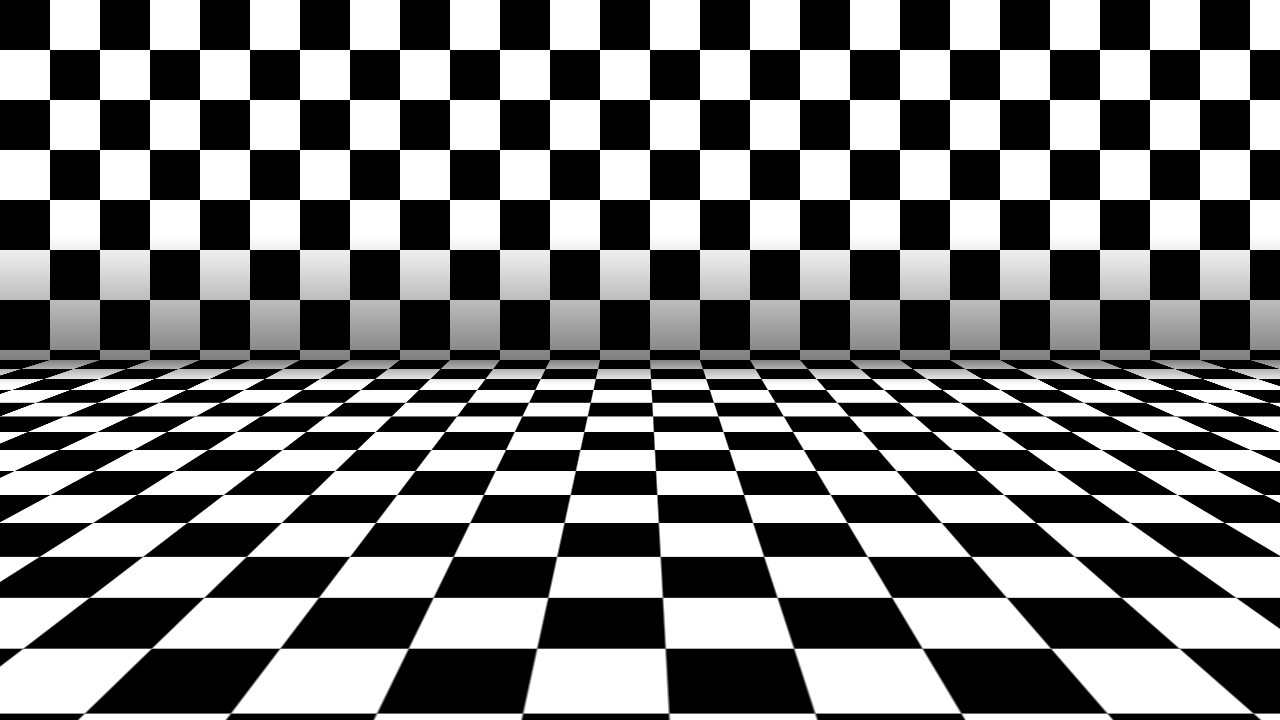
Repository: atwesson/portfoilo
Page: index.html
These files come from the project's save history. The page is drawn as it stood at one moment and after a run of saves; the edit follows.
The browser window is 1280 px wide. The pictures show the whole page.

Above is the page before, as saved 2021-11-17 10:24:25.

### index.html
<!DOCTYPE html>
<html lang="en">

<head>
    <meta charset="UTF-8">
    <meta http-equiv="X-UA-Compatible" content="IE=edge">
    <meta name="viewport" content="width=device-width, initial-scale=1.0">
    <link href="https://cdn.jsdelivr.net/npm/bootstrap@5.1.3/dist/css/bootstrap.min.css" rel="stylesheet"
        integrity="sha384-1BmE4kWBq78iYhFldvKuhfTAU6auU8tT94WrHftjDbrCEXSU1oBoqyl2QvZ6jIW3" crossorigin="anonymous">
    <link rel="stylesheet" type="text/css" href="style.css">
    <title>portfoilo
    </title>
</head>

<body>
    <section>
        <div class="pattern">
            <div class="face face1">
            </div>
            <div class="face face2"></div>
        </div>
    </section>



    <script src="https://cdn.jsdelivr.net/npm/bootstrap@5.1.3/dist/js/bootstrap.bundle.min.js"
        integrity="sha384-ka7Sk0Gln4gmtz2MlQnikT1wXgYsOg+OMhuP+IlRH9sENBO0LRn5q+8nbTov4+1p"
        crossorigin="anonymous"></script>
    <script src="scripts.js"></script>
</body>

</html>

### style.css
*
{
    margin: 0;
    padding: 0;
}

section{
    position: fixed;
    top: 0;
    left: 0;
    width: 100%;
    height: 100vh;
    overflow: hidden;
}
.pattern
{
    position: relative;
    transform-style: preserve-3d;
    perspective: 1000px;
}

.pattern .face{
    position: relative;
    width: 100%;
    height: 50vh;
    background-image: url(./assets/check.jpg);
    background-size: 100px 100px;
    animation: animate 1s linear infinite;
}
.pattern .face.face2{
    height: 100vh;
    transform-origin: top;
    transform: rotateX(70deg);
}

.pattern .face1:before{
    content: '';
    position: absolute;
    bottom: 0;
    left: 0;
    height: 125px;
    width: 100%;
    height: 125px;
    background: linear-gradient(0deg,rgba(0,0,0,0.5), transparent);
}

.pattern .face2:before{
    content: '';
    position: absolute;
    bottom: top;
    left: 0;
    height: 125px;
    width: 100%;
    height: 125px;
    background: linear-gradient(180deg,rgba(0,0,0,0.5), transparent);
}

Loaded but not shown: scripts.js (no stored copy; drawn as an empty file)

After the next 6 saves:
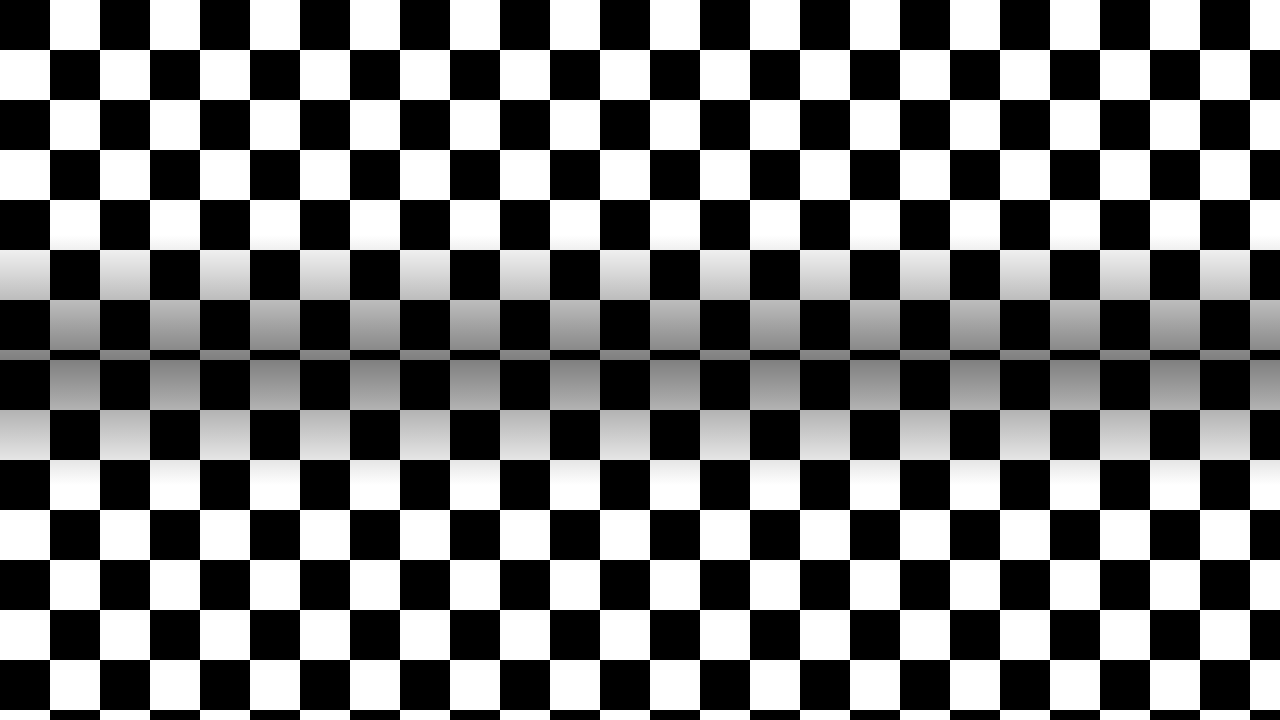
The 6 saves are shown as one change because they came seconds apart.
The last was saved 21 s later.
--- a/style.css
+++ b/style.css
@@ -27,6 +27,7 @@
     background-size: 100px 100px;
     animation: animate 1s linear infinite;
 }
+@keyframes animate
 .pattern .face.face2{
     height: 100vh;
     transform-origin: top;

After the save that followed:
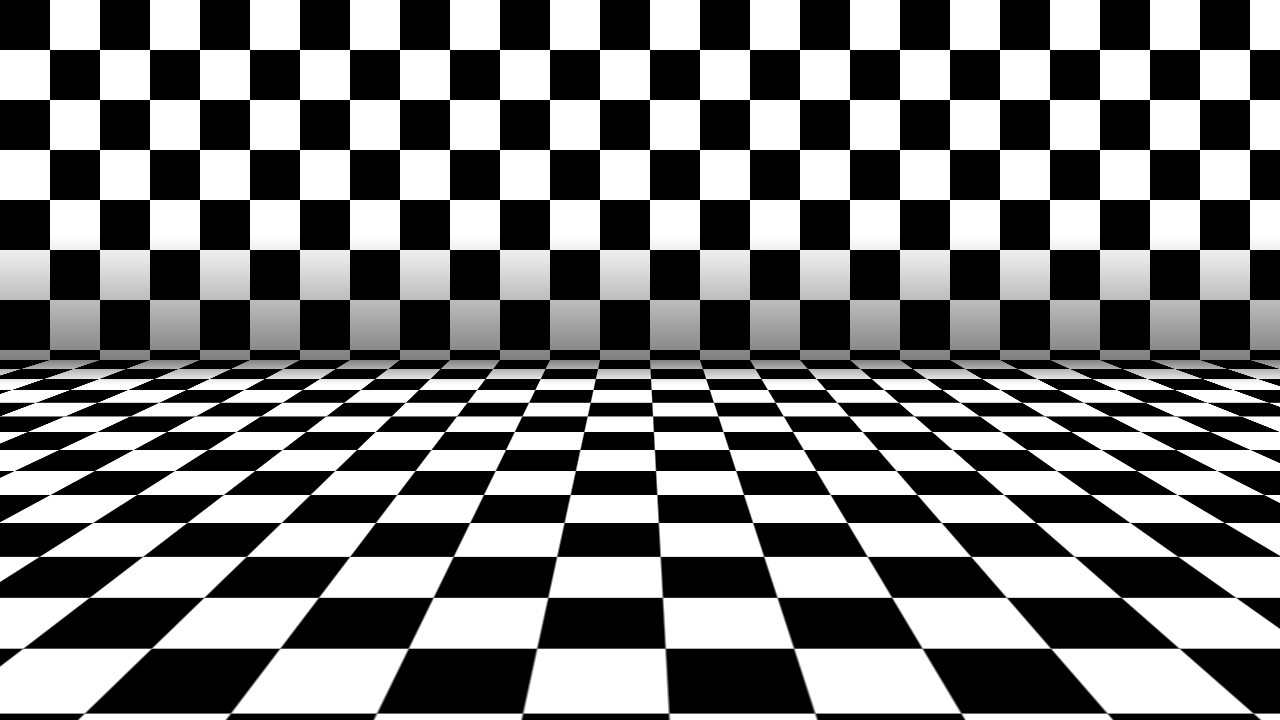
Saved 4 s later.
--- a/style.css
+++ b/style.css
@@ -27,7 +27,9 @@
     background-size: 100px 100px;
     animation: animate 1s linear infinite;
 }
-@keyframes animate
+@keyframes animate{
+
+}
 .pattern .face.face2{
     height: 100vh;
     transform-origin: top;
